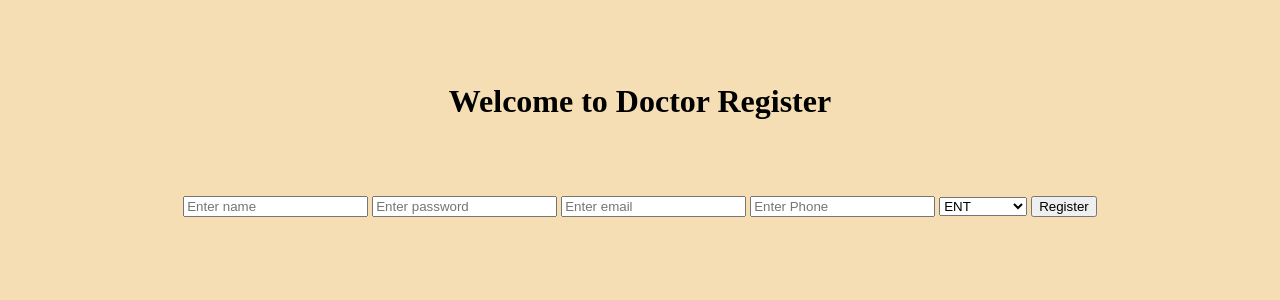
Repository: SrinidhiMiryala/MyRepository
Page: Servlets/src/main/webapp/doctor_register.html
These files come from the project's save history. The page is drawn as it stood at one moment and after the next save; the edit follows.
The browser window is 1280 px wide. The pictures show the whole page.

Above is the page before, as saved 2022-09-28 04:12:38.

After the next save:
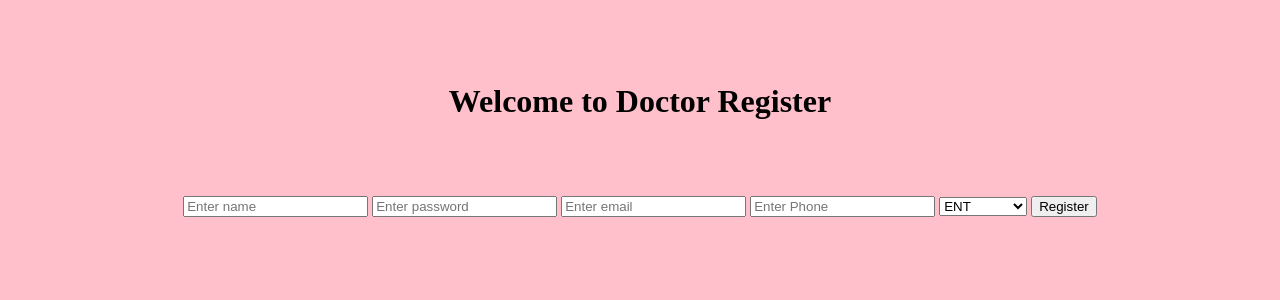
Saved 2 min 22 s later.
--- a/Servlets/src/main/webapp/doctor_register.html
+++ b/Servlets/src/main/webapp/doctor_register.html
@@ -1,5 +1,5 @@
 <html>
-<body bgcolor="wheat">
+<body bgcolor="pink">
 <br><br><br>
 <h1 align ='Center'>Welcome to Doctor Register</h1>
 
